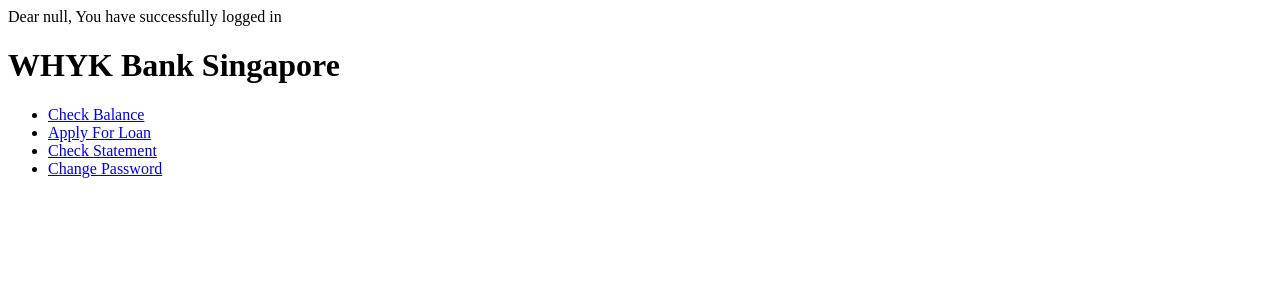
Repository: LingWenXing/java-fundamentals
Page: http://localhost/BankApplicationSystem/loginPageSuccess.jsp
These files come from the project's save history. The page is drawn as it stood at one moment and after the next save; the edit follows.
The browser window is 1280 px wide. The pictures show the whole page.
The page is served by Tomcat 9.

Above is the page before, as saved 2022-04-15 06:43:21.

After the next save:
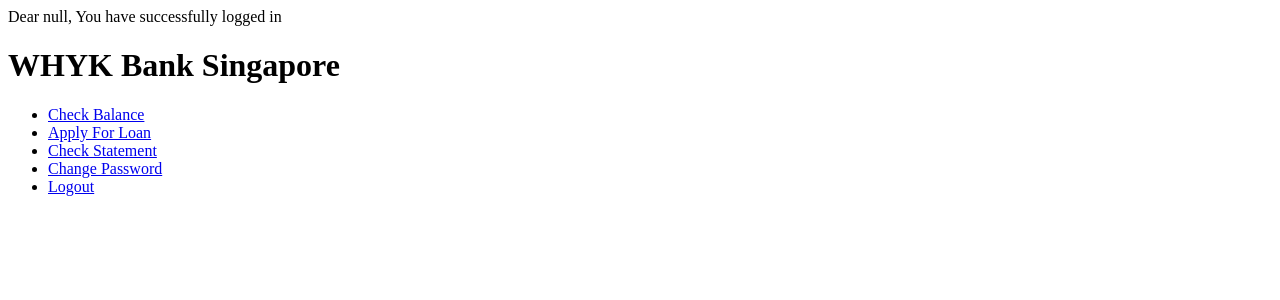
Saved 43 s later.
--- a/BankApplicationSystem/src/main/webapp/loginPageSuccess.jsp
+++ b/BankApplicationSystem/src/main/webapp/loginPageSuccess.jsp
@@ -19,6 +19,7 @@
 					<li><a href="/BankApplicationSystem/applyForLoan.html">Apply For Loan</a></li>
 					<li><a href="/BankApplicationSystem/checkStatement.html">Check Statement</a></li>
 					<li><a href="/BankApplicationSystem/changePassword.html">Change Password</a></li>
+					<li><a href="/BankApplicationSystem/logout.html">Logout</a></li>
 				</ul>
 			</nav>
 		</div>
